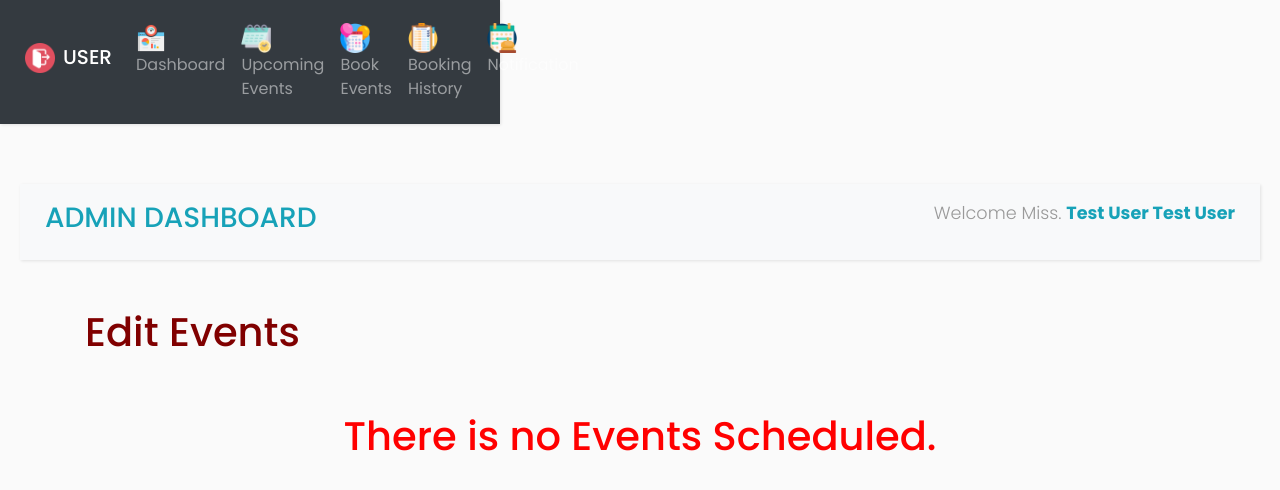
Repository: kalaprabhakar/Event_Management
Page: http://localhost/Event_Management_System/WEB-INF/pages/show_events.jsp
An editor plug-in stored every save of this project. The page is shown before and after the next save, followed by the edit.
The browser window is 1280 px wide. The pictures show the whole page.
An inner scrolling area shows only its first screen. Some web libraries are served in a nearby version. The page is served by Tomcat 10. The session is filled in as if someone had signed in: {"Admin_firstname": "Test User", "Admin_lastname": "Test User", "Admin_email": "test@example.com", "Admin_phone": 1, "Admin_address": 1, "Admin_gender": 1, "Admin_id": 1, "Admin_role": "admin", "totalEvents": 1, "User_firstname": "Test User", "User_lastname": "Test User", "User_email": "test@example.com", "User_phone": 1, "User_address": 1, "User_gender": 1, "User_id": 1, "User_role": "admin"}. Other server files are loaded and not shown. The template is opened directly, without the code that normally fills it, so the values that code supplies are empty.

Above is the page before, as saved 2024-05-11 10:28:38.

### Hyscaler/Event_Management_System/src/main/webapp/WEB-INF/pages/show_events.jsp
<%@ taglib uri="http://java.sun.com/jsp/jstl/core" prefix="c"%>
<%
if (session.getAttribute("User_email") == null) {
	response.sendRedirect("login");
} else {
%>
<jsp:include page="includes/header.jsp" />

<jsp:include page="includes/userNav.jsp" />

<style>
.card:hover {
	transform: scale(1.05);
	box-shadow: 0 10px 20px rgba(0, 0, 0, .12), 0 4px 8px rgba(0, 0, 0, .06);
	transition: 0.3s ease-in-out;
	cursor: pointer;
}
</style>



<!-- Page Content  -->
<div id="content">

	<nav class="navbar navbar-expand-lg navbar-light bg-light">
		<div class="container-fluid">

			<div>
				<h3 class="text-info">ADMIN DASHBOARD</h3>
			</div>
			<div>
				<p>
					Welcome
					<%
				if (session.getAttribute("User_gender").equals("male")) {
				%>
					Mr.
					<%
				} else {
				%>
					Miss.
					<%
				}
				%>
					<span class="font-weight-bold text-info">${User_firstname}
						${User_lastname}</span>
				</p>
			</div>
		</div>
	</nav>
	<c:if test="${not empty Msg }">
						<div  style="background-color: lime; ">
							<h3 style="color: white-space; text-align: center;">${Msg }</h3>
						</div>
						<c:remove var="Msg" scope="session" />

					</c:if>

	<section class="container ">
		<div class="container">
			<div class="row align-items-center my-5">
			<h1 style="text-align: center;  color: maroon;">Edit Events</h1>
			</div>
				<!-- For Demo Purpose -->
				<div class="col-md-12 col-lg-6 col-sm-12 mb-5">
					<!-- <img src="assets/picture/icons/thumbs-up.png" alt="" class="img-fluid mb-3 d-none d-md-block"> -->



				</div>



				<c:choose>

					<c:when test="${!empty allEvents }">
						<table class="table table-striped">
							<thead>
								<tr class="table-primary">
									<th scope="col">Name</th>
									<th scope="col">Description</th>
									<th scope="col">Date</th>
									<th scope="col">Time</th>
									<th scope="col">Location</th>
									<th scope="col">Price</th>

								</tr>
							</thead>
							<c:forEach var="eve" items="${allEvents }">
								<tbody>
									<tr class="table-warning">

										<td>${eve.eventName }</td>
										<td>${eve.eventDesc }</td>
										<td>${eve.eventDate }</td>
										<td>${eve.eventTime }</td>
										<td>${eve.eventVenue }</td>
										<td>${eve.ticketPrice }</td>

									</tr>
								</tbody>

							</c:forEach>

						</table>

					</c:when>


					<c:otherwise>

						<h1 style="color: red; text-align: center">There is no Events
							Scheduled.</h1>

					</c:otherwise>



				</c:choose>

				<!-- Table Content -->





			</div>
		</div>



	</section>





	<%
	}
	%>

### Hyscaler/Event_Management_System/src/main/webapp/WEB-INF/pages/includes/header.jsp

<%@ page language="java" contentType="text/html; charset=ISO-8859-1"
	pageEncoding="ISO-8859-1"%>
<%@ taglib prefix="c" uri="http://java.sun.com/jsp/jstl/core"%>
<!DOCTYPE html>
<html>
<head>
<meta charset="ISO-8859-1">
<title>Event Management System</title>
<!--  Bootstrap CSS -->
<link rel="stylesheet"
	href="https://cdn.jsdelivr.net/npm/bootstrap@4.6.1/dist/css/bootstrap.min.css"
	integrity="sha384-zCbKRCUGaJDkqS1kPbPd7TveP5iyJE0EjAuZQTgFLD2ylzuqKfdKlfG/eSrtxUkn"
	crossorigin="anonymous">

<!-- FontAwesome -->
<link rel="stylesheet"
	href="https://pro.fontawesome.com/releases/v5.10.0/css/all.css" />
<link rel="stylesheet"
	href="https://cdnjs.cloudflare.com/ajax/libs/font-awesome/6.5.2/css/all.min.css"
	integrity="sha512-SnH5WK+bZxgPHs44uWIX+LLJAJ9/2PkPKZ5QiAj6Ta86w+fsb2TkcmfRyVX3pBnMFcV7oQPJkl9QevSCWr3W6A=="
	crossorigin="anonymous" referrerpolicy="no-referrer" />

<!-- Google Fonts -->
<link rel="preconnect" href="https://fonts.googleapis.com">
<link rel="preconnect" href="https://fonts.gstatic.com" crossorigin>
<link
	href="https://fonts.googleapis.com/css2?family=Poppins&display=swap"
	rel="stylesheet">

<!-- stylesheet -->




<script
	src="https://cdn.jsdelivr.net/npm/jquery@3.5.1/dist/jquery.slim.min.js"
	integrity="sha384-DfXdz2htPH0lsSSs5nCTpuj/zy4C+OGpamoFVy38MVBnE+IbbVYUew+OrCXaRkfj"
	crossorigin="anonymous"></script>
<script
	src="https://cdn.jsdelivr.net/npm/bootstrap@4.6.1/dist/js/bootstrap.bundle.min.js"
	integrity="sha384-fQybjgWLrvvRgtW6bFlB7jaZrFsaBXjsOMm/tB9LTS58ONXgqbR9W8oWht/amnpF"
	crossorigin="anonymous"></script>

<link rel="stylesheet" href="../../assets/css/home.css" />
<link rel="stylesheet" href="../../assets/css/admin.css" />
<link rel="stylesheet" href="../../assets/css/card.css" />

</head>
<body>

### Hyscaler/Event_Management_System/src/main/webapp/WEB-INF/pages/includes/userNav.jsp
<nav id="sidebar" class="navbar navbar-expand-lg navbar-dark bg-dark">
  <div  class="container-fluid">
   <h3><a class="navbar-brand" href="#"><img src="images/logout.png" class="mr-2" width="30" height="30">USER</a></h3>
    <button class="navbar-toggler" type="button" data-bs-toggle="collapse" data-bs-target="#navbarNavAltMarkup" aria-controls="navbarNavAltMarkup" aria-expanded="false" aria-label="Toggle navigation">
      <span class="navbar-toggler-icon"></span>
    </button>
    <div class="collapse navbar-collapse" id="navbarTogglerDemo02">
      <div class="navbar-nav">
        <a class="nav-link " aria-current="page" href="user_home"><img src="images/dashboard.png" class="mr-2" width="30" height="30" >Dashboard</a>
        <a class="nav-link" href="upcomingevents"><img src="images/newbooking.png" class="mr-2" width="30" height="30">Upcoming Events</a>
        <a class="nav-link" href="#"><img src="images/event.png" class="mr-2" width="30" height="30" >Book Events</a>
        <a class="nav-link" href="#"><img src="images/bookingdetails.png" class="mr-2" width="30" height="30" >Booking History</a>
        <a class="nav-link" href="#"><img src="images/hotel.png" class="mr-2" width="30" height="30" >Notification</a>


      </div>
    </div>
  </div>
</nav>

### Hyscaler/Event_Management_System/src/main/webapp/all_css/home.css
html,body{
    width:100%;
    height:100%;
    padding:0%;
    margin:0%;
    scroll-behavior: smooth;
    font-family: 'Poppins', sans-serif;
    overflow-x:hidden;
}



/* ===== FOOTER =====*/
.footer{
background-color: #0E2431;
color: #fff;
text-align: center;
font-weight: 600;
padding: 2rem 0;
margin-right:-25px;
}
.footer_title{
font-size: 2rem;
margin-bottom: 2rem;
}
.footer_social{
margin-bottom: 2rem;
}
.footer_icon{
font-size: 1.5rem;
color: #fff;
margin: 0 1rem;
}
.footer_icon:hover{
  color:#048dfe;
}

### Hyscaler/Event_Management_System/src/main/webapp/all_css/admin.css
/*
    DEMO STYLE
*/

@import "https://fonts.googleapis.com/css?family=Poppins:300,400,500,600,700";
body {
    font-family: 'Poppins', sans-serif;
    background: #fafafa;
}

p {
    font-family: 'Poppins', sans-serif;
    font-size: 1.1em;
    font-weight: 300;
    line-height: 1.7em;
    color: #999;
}

a,
a:hover,
a:focus {
    color: inherit;
    text-decoration: none;
    transition: all 0.3s;
}

.navbar {
    padding: 15px 10px;
    background: #fff;
    border: none;
    border-radius: 0;
    margin-bottom: 40px;
    box-shadow: 1px 1px 3px rgba(0, 0, 0, 0.1);
}

.navbar-btn {
    box-shadow: none;
    outline: none !important;
    border: none;
}

.line {
    width: 100%;
    height: 1px;
    border-bottom: 1px dashed #ddd;
    margin: 40px 0;
}

/* ---------------------------------------------------
    SIDEBAR STYLE
----------------------------------------------------- */

.wrapper {
    display: flex;
    width: 100%;
    align-items: stretch;
}

#sidebar {
    min-width: 500px;
    max-width: 500px;
    /*background: #7386D5;*/
    color: #fff;
    transition: all 0.3s;
}

#sidebar.active {
    margin-left: -250px;
}

#sidebar .sidebar-header {
    padding: 20px;
    background: #5bc0de;
}

#sidebar ul.components {
    padding: 20px 0;
    border-bottom: 1px solid #5bc0de;
}

#sidebar ul p {
    color: #fff;
    padding: 10px;
}

#sidebar ul li a {
    padding: 10px;
    font-size: 1.1em;
    display: block;
}

#sidebar ul li a:hover {
    color: #5bc0de;
    background: #fff;
}

#sidebar ul li.active>a,
a[aria-expanded="true"] {
    color: #fff;
    background: #5bc0de;
}

a[data-toggle="collapse"] {
    position: relative;
}

.dropdown-toggle::after {
    display: block;
    position: absolute;
    top: 50%;
    right: 20px;
    transform: translateY(-50%);
}

ul ul a {
    font-size: 0.9em !important;
    padding-left: 30px !important;
    background: #5bc0de;
}

ul.CTAs {
    padding: 20px;
}

ul.CTAs a {
    text-align: center;
    font-size: 0.9em !important;
    display: block;
    border-radius: 5px;
    margin-bottom: 5px;
}

a.download {
    background: #fff;
    color: #5bc0de;
}

a.article,
a.article:hover {
    background: #5bc0de !important;
    color: #fff !important;
}

/* ---------------------------------------------------
    CONTENT STYLE
----------------------------------------------------- */

#content {
    width: 100%;
    padding: 20px;
    min-height: 100vh;
    transition: all 0.3s;
}

/* ---------------------------------------------------
    MEDIAQUERIES
----------------------------------------------------- */

@media (max-width: 768px) {
    #sidebar {
        margin-left: -250px;
    }
    #sidebar.active {
        margin-left: 0;
    }
    #sidebarCollapse span {
        display: none;
    }
}

### Hyscaler/Event_Management_System/src/main/webapp/all_css/card.css

.card-margin {
    margin-bottom: 1.875rem;
}

.card {
    border: 0;
    box-shadow: 0px 0px 10px 0px rgba(82, 63, 105, 0.1);
    -webkit-box-shadow: 0px 0px 10px 0px rgba(82, 63, 105, 0.1);
    -moz-box-shadow: 0px 0px 10px 0px rgba(82, 63, 105, 0.1);
    -ms-box-shadow: 0px 0px 10px 0px rgba(82, 63, 105, 0.1);
}
.card {
    position: relative;
    display: flex;
    flex-direction: column;
    min-width: 0;
    word-wrap: break-word;
    background-color: #ffffff;
    background-clip: border-box;
    border: 1px solid #e6e4e9;
    border-radius: 1rem;
}


.card .card-header.no-border {
    border: 0;
}
.card .card-header {
    background: none;
    padding: 0 0.9375rem;
    font-weight: 500;
    display: flex;
    align-items: center;
    min-height: 50px;
}
.card-header:first-child {
    border-radius: calc(8px - 1px) calc(8px - 1px) 0 0;
}

.widget-49 .widget-49-title-wrapper {
  display: flex;
  align-items: center;
}

.widget-49 .widget-49-title-wrapper .widget-49-date-primary {
  display: flex;
  align-items: center;
  justify-content: center;
  flex-direction: column;
  background-color: #edf1fc;
  width: 4rem;
  height: 4rem;
  border-radius: 50%;
}

.widget-49 .widget-49-title-wrapper .widget-49-date-primary .widget-49-date-day {
  color: #4e73e5;
  font-weight: 500;
  font-size: 1.5rem;
  line-height: 1;
}

.widget-49 .widget-49-title-wrapper .widget-49-date-primary .widget-49-date-month {
  color: #4e73e5;
  line-height: 1;
  font-size: 1rem;
  text-transform: uppercase;
}

.widget-49 .widget-49-title-wrapper .widget-49-date-secondary {
  display: flex;
  align-items: center;
  justify-content: center;
  flex-direction: column;
  background-color: #fcfcfd;
  width: 4rem;
  height: 4rem;
  border-radius: 50%;
}

.widget-49 .widget-49-title-wrapper .widget-49-date-secondary .widget-49-date-day {
  color: #dde1e9;
  font-weight: 500;
  font-size: 1.5rem;
  line-height: 1;
}

.widget-49 .widget-49-title-wrapper .widget-49-date-secondary .widget-49-date-month {
  color: #dde1e9;
  line-height: 1;
  font-size: 1rem;
  text-transform: uppercase;
}

.widget-49 .widget-49-title-wrapper .widget-49-date-success {
  display: flex;
  align-items: center;
  justify-content: center;
  flex-direction: column;
  background-color: #e8faf8;
  width: 4rem;
  height: 4rem;
  border-radius: 50%;
}

.widget-49 .widget-49-title-wrapper .widget-49-date-success .widget-49-date-day {
  color: #17d1bd;
  font-weight: 500;
  font-size: 1.5rem;
  line-height: 1;
}

.widget-49 .widget-49-title-wrapper .widget-49-date-success .widget-49-date-month {
  color: #17d1bd;
  line-height: 1;
  font-size: 1rem;
  text-transform: uppercase;
}

.widget-49 .widget-49-title-wrapper .widget-49-date-info {
  display: flex;
  align-items: center;
  justify-content: center;
  flex-direction: column;
  background-color: #ebf7ff;
  width: 4rem;
  height: 4rem;
  border-radius: 50%;
}

.widget-49 .widget-49-title-wrapper .widget-49-date-info .widget-49-date-day {
  color: #36afff;
  font-weight: 500;
  font-size: 1.5rem;
  line-height: 1;
}

.widget-49 .widget-49-title-wrapper .widget-49-date-info .widget-49-date-month {
  color: #36afff;
  line-height: 1;
  font-size: 1rem;
  text-transform: uppercase;
}

.widget-49 .widget-49-title-wrapper .widget-49-date-warning {
  display: flex;
  align-items: center;
  justify-content: center;
  flex-direction: column;
  background-color: floralwhite;
  width: 4rem;
  height: 4rem;
  border-radius: 50%;
}

.widget-49 .widget-49-title-wrapper .widget-49-date-warning .widget-49-date-day {
  color: #FFC868;
  font-weight: 500;
  font-size: 1.5rem;
  line-height: 1;
}

.widget-49 .widget-49-title-wrapper .widget-49-date-warning .widget-49-date-month {
  color: #FFC868;
  line-height: 1;
  font-size: 1rem;
  text-transform: uppercase;
}

.widget-49 .widget-49-title-wrapper .widget-49-date-danger {
  display: flex;
  align-items: center;
  justify-content: center;
  flex-direction: column;
  background-color: #feeeef;
  width: 4rem;
  height: 4rem;
  border-radius: 50%;
}

.widget-49 .widget-49-title-wrapper .widget-49-date-danger .widget-49-date-day {
  color: #F95062;
  font-weight: 500;
  font-size: 1.5rem;
  line-height: 1;
}

.widget-49 .widget-49-title-wrapper .widget-49-date-danger .widget-49-date-month {
  color: #F95062;
  line-height: 1;
  font-size: 1rem;
  text-transform: uppercase;
}

.widget-49 .widget-49-title-wrapper .widget-49-date-light {
  display: flex;
  align-items: center;
  justify-content: center;
  flex-direction: column;
  background-color: #fefeff;
  width: 4rem;
  height: 4rem;
  border-radius: 50%;
}

.widget-49 .widget-49-title-wrapper .widget-49-date-light .widget-49-date-day {
  color: #f7f9fa;
  font-weight: 500;
  font-size: 1.5rem;
  line-height: 1;
}

.widget-49 .widget-49-title-wrapper .widget-49-date-light .widget-49-date-month {
  color: #f7f9fa;
  line-height: 1;
  font-size: 1rem;
  text-transform: uppercase;
}

.widget-49 .widget-49-title-wrapper .widget-49-date-dark {
  display: flex;
  align-items: center;
  justify-content: center;
  flex-direction: column;
  background-color: #ebedee;
  width: 4rem;
  height: 4rem;
  border-radius: 50%;
}

.widget-49 .widget-49-title-wrapper .widget-49-date-dark .widget-49-date-day {
  color: #394856;
  font-weight: 500;
  font-size: 1.5rem;
  line-height: 1;
}

.widget-49 .widget-49-title-wrapper .widget-49-date-dark .widget-49-date-month {
  color: #394856;
  line-height: 1;
  font-size: 1rem;
  text-transform: uppercase;
}

.widget-49 .widget-49-title-wrapper .widget-49-date-base {
  display: flex;
  align-items: center;
  justify-content: center;
  flex-direction: column;
  background-color: #f0fafb;
  width: 4rem;
  height: 4rem;
  border-radius: 50%;
}

.widget-49 .widget-49-title-wrapper .widget-49-date-base .widget-49-date-day {
  color: #68CBD7;
  font-weight: 500;
  font-size: 1.5rem;
  line-height: 1;
}

.widget-49 .widget-49-title-wrapper .widget-49-date-base .widget-49-date-month {
  color: #68CBD7;
  line-height: 1;
  font-size: 1rem;
  text-transform: uppercase;
}

.widget-49 .widget-49-title-wrapper .widget-49-meeting-info {
  display: flex;
  flex-direction: column;
  margin-left: 1rem;
}

.widget-49 .widget-49-title-wrapper .widget-49-meeting-info .widget-49-pro-title {
  color: #3c4142;
  font-size: 14px;
}

.widget-49 .widget-49-title-wrapper .widget-49-meeting-info .widget-49-meeting-time {
  color: #B1BAC5;
  font-size: 13px;
}

.widget-49 .widget-49-meeting-points {
  font-weight: 400;
  font-size: 13px;
  margin-top: .5rem;
}

.widget-49 .widget-49-meeting-points .widget-49-meeting-item {
  display: list-item;
  color: #727686;
}

.widget-49 .widget-49-meeting-points .widget-49-meeting-item span {
  margin-left: .5rem;
}

.widget-49 .widget-49-meeting-action {
  text-align: right;
}

.widget-49 .widget-49-meeting-action a {
  text-transform: uppercase;
}


.time {
	position: relative;
  margin-left: 1em;
}


.time span {
	font-size: 12px;
	color: #bebebe;
	line-height: 25px;
}


 .time a span {
	padding: 5px 10px;
    border-radius: 4px;
    line-height: 10px;
    font-size: 12px;
}

After the next save:
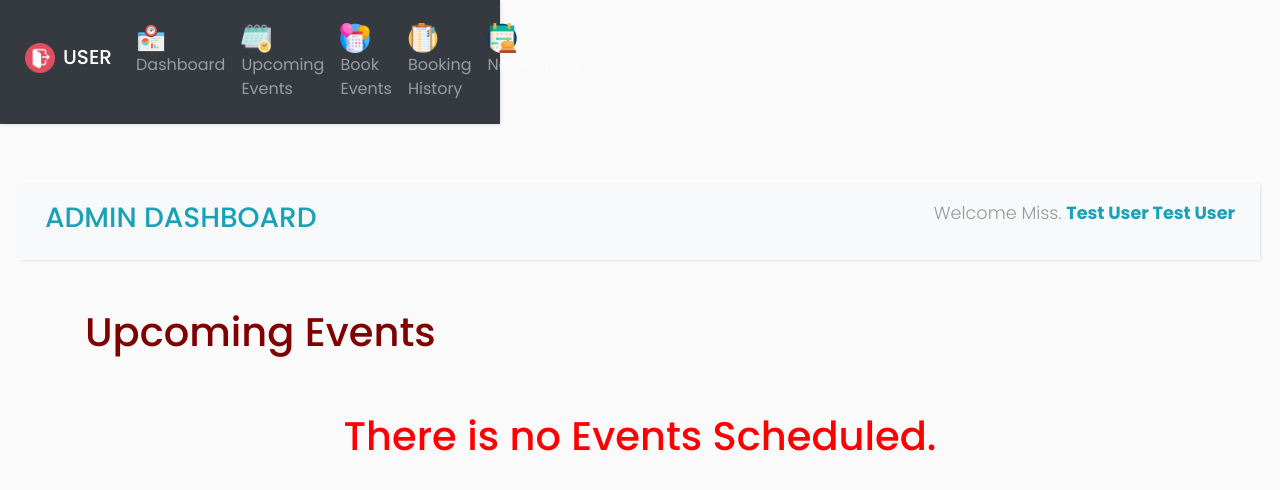
Saved 35 s later.
--- a/Hyscaler/Event_Management_System/src/main/webapp/WEB-INF/pages/show_events.jsp
+++ b/Hyscaler/Event_Management_System/src/main/webapp/WEB-INF/pages/show_events.jsp
@@ -59,7 +59,7 @@ if (session.getAttribute("User_email") == null) {
 	<section class="container ">
 		<div class="container">
 			<div class="row align-items-center my-5">
-			<h1 style="text-align: center;  color: maroon;">Edit Events</h1>
+			<h1 style="text-align: center;  color: maroon;">Upcoming  Events</h1>
 			</div>
 				<!-- For Demo Purpose -->
 				<div class="col-md-12 col-lg-6 col-sm-12 mb-5">
